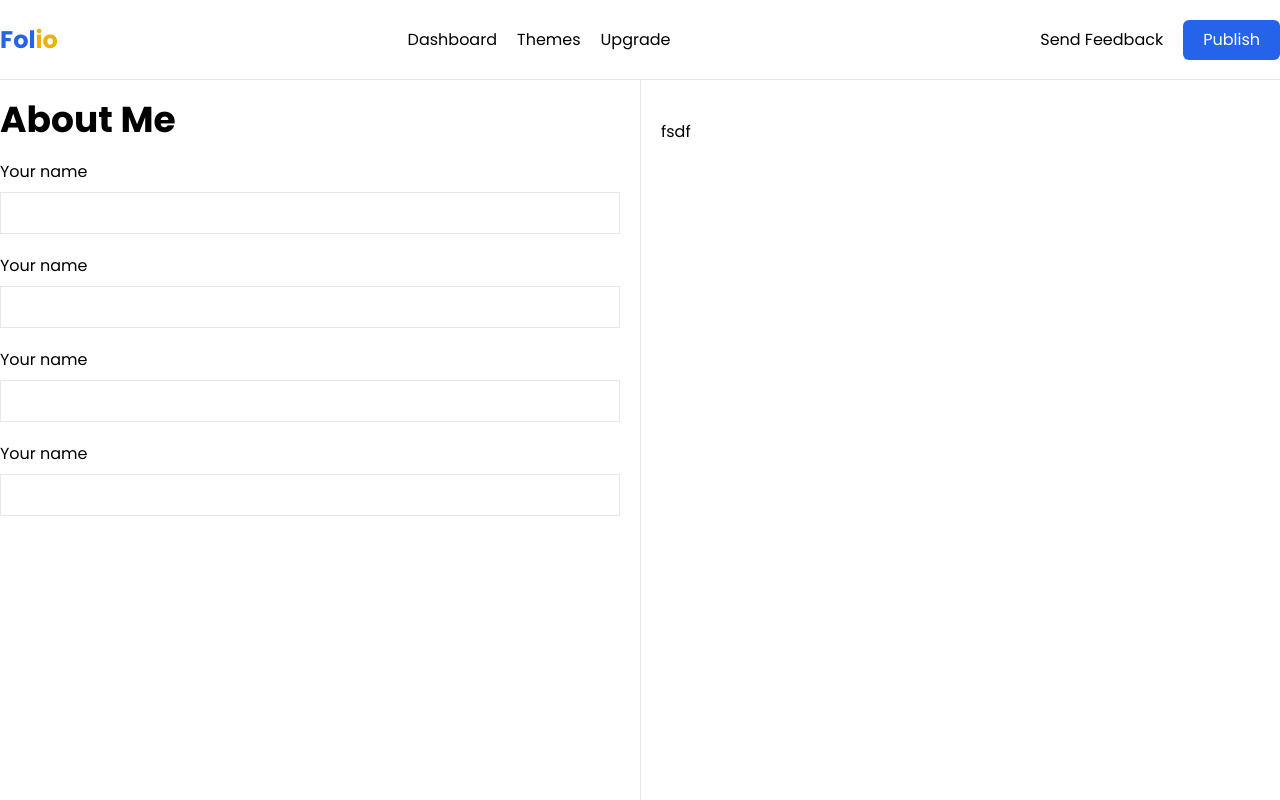
Repository: langford-dev/follio
Page: /
An editor plug-in stored every save of this project. The page is shown before and after the next save, followed by the edit.
The browser window is 1280 px wide. The pictures show the whole page.
The project was rebuilt for these pictures with package versions that can differ from the ones it lists, and the page was loaded fresh each time. The framework's server and built-in components were replaced by stand-ins that run in the browser. Also part of the build but not shown: next.config.js, components/pageView.js.

Above is the page before, as saved 2022-03-19 10:53:29.

### pages/_app.js
import { AppProvider } from '../context/context'
import '../styles/globals.css'

function MyApp({ Component, pageProps }) {
  return <AppProvider>
    <Component {...pageProps} />
  </AppProvider>
}

export default MyApp

### pages/index.js
import EditView from '../components/body'
import Header from '../components/header'

export default function Home() {
  return <div>
    <Header />
    <EditView />
  </div>
}

### context/context.js
import { createContext, useEffect } from "react"

export const AppContext = createContext()

export const AppProvider = ({ children }) => {
    return <AppContext.Provider>
        {children}
    </AppContext.Provider>
}

### styles/globals.css
@import url('https://fonts.googleapis.com/css2?family=Poppins:wght@300;400;500;600;700;800&display=swap');

@tailwind base;
@tailwind components;
@tailwind utilities;


html,
body {
  /* background: #f1f1f188; */
  padding: 0;
  margin: 0;
}

a {
  color: inherit;
  text-decoration: none;
}

* {
  box-sizing: border-box;
  font-family: "Poppins", -apple-system, BlinkMacSystemFont, Segoe UI, Roboto, Oxygen,
    Ubuntu, Cantarell, Fira Sans, Droid Sans, Helvetica Neue, sans-serif;
}

### components/body.js
import PageView from "./pageView"

const styles = {
    pageView: `m-auto max-w-screen-xl h-screen pt-20`,
    title: `text-4xl font-bold`,
    flexView: `flex h-screen`,
    editingView: `w-1/2 p-5 pl-0`,
    preview: `border-l w-1/2 p-5 pt-10`,
    inputContainer: `flex flex-col mt-5`,
    input: `border p-2 outline-none mt-2`,
    label: ``
}

const EditView = () => {
    return <div className={styles.pageView}>
        <div className={styles.flexView}>
            <div className={styles.editingView}>
                <p className={styles.title}>About Me</p>
                <div className={styles.inputContainer}>
                    <label className={styles.label}>Your name</label>
                    <input type="text" className={styles.input} />
                </div>
                <div className={styles.inputContainer}>
                    <label className={styles.label}>Your name</label>
                    <input type="text" className={styles.input} />
                </div>
                <div className={styles.inputContainer}>
                    <label className={styles.label}>Your name</label>
                    <input type="text" className={styles.input} />
                </div>
                <div className={styles.inputContainer}>
                    <label className={styles.label}>Your name</label>
                    <input type="text" className={styles.input} />
                </div>
            </div>
            <div className={styles.preview}>fsdf</div>
        </div>
    </div>
}

export default EditView

### components/header.js
import Link from "next/link"
import Logo from "./logo"

const styles = {
    header: `border-b h-20 bg-white fixed w-screen top-0 left-0`,
    headerWrapper: `m-auto max-w-screen-xl h-full flex items-center justify-between`,
    button: `bg bg-blue-600 text-white h-10 px-5 flex items-center justify-center rounded-md cursor-pointer`,
    nav: `flex`,
    navLink: `mr-5 hover:text-blue-600 cursor-pointer`,
}

const Header = () => {
    return <header className={styles.header}>
        <div className={styles.headerWrapper}>
            <Logo />
            <nav className={styles.nav}>
                <Link passHref={true} href="/"><p className={styles.navLink}>Dashboard</p></Link>
                <Link passHref={true} href="/"><p className={styles.navLink}>Themes</p></Link>
                <Link passHref={true} href="/"><p className={styles.navLink}>Upgrade</p></Link>
            </nav>
            <div className="flex items-center">
                <p className="mr-5">Send Feedback</p>
                <div className={styles.button}>Publish</div>
            </div>
        </div>
    </header>
}

export default Header

### components/logo.js
const Logo = () => {
    return <p className="font-bold text-2xl text-blue-600">Fol<span className="text-yellow-500">io</span></p>
}

export default Logo

Loaded but not shown: tailwind.config.js (common file)

After the next save:
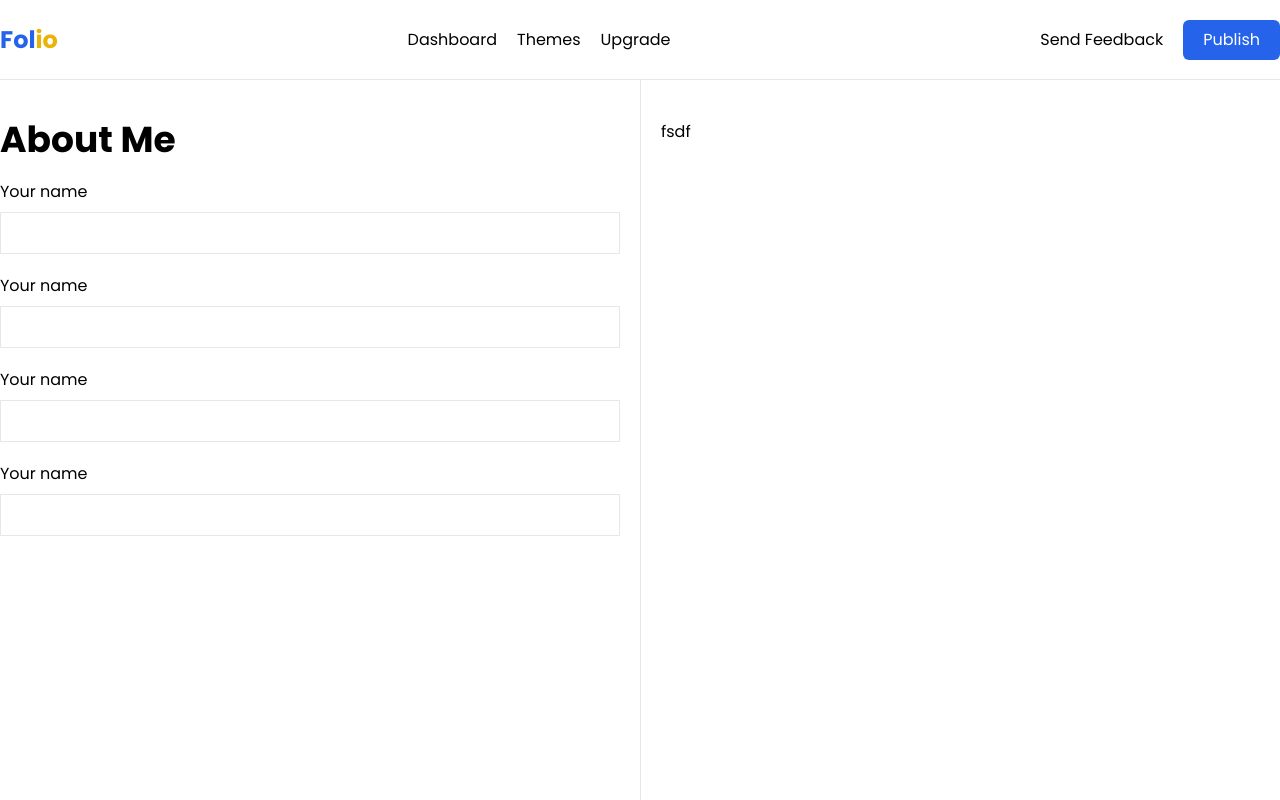
Saved 6 s later.
--- a/components/body.js
+++ b/components/body.js
@@ -4,7 +4,7 @@ const styles = {
     pageView: `m-auto max-w-screen-xl h-screen pt-20`,
     title: `text-4xl font-bold`,
     flexView: `flex h-screen`,
-    editingView: `w-1/2 p-5 pl-0`,
+    editingView: `w-1/2 p-5 pt-10 pl-0`,
     preview: `border-l w-1/2 p-5 pt-10`,
     inputContainer: `flex flex-col mt-5`,
     input: `border p-2 outline-none mt-2`,
